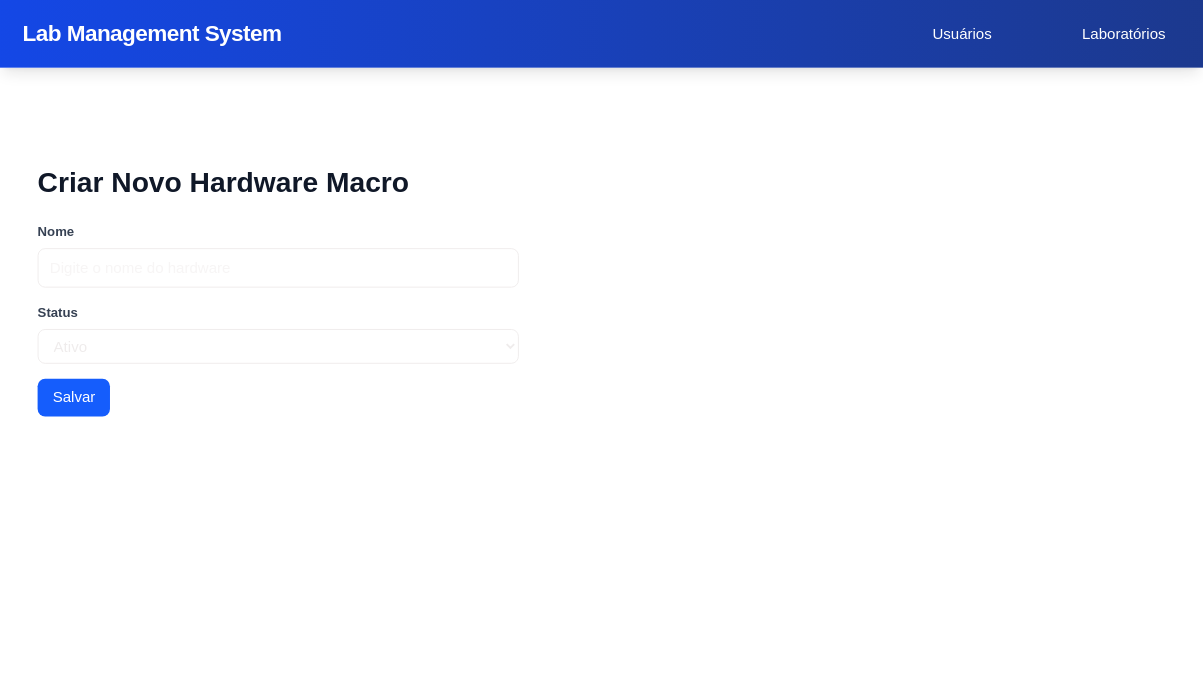
Repository: fabianosevla/gestao-labs
Page: /labs/hardware/macro/create (app in lab-management-system/)
An editor plug-in stored every save of this project. The page is shown before and after the next save, followed by the edit.
The browser window is 1280 px wide. The pictures show the whole page, at 94% of full size.
The project was rebuilt for these pictures with package versions that can differ from the ones it lists, and the page was loaded fresh each time. The framework's server and built-in components were replaced by stand-ins that run in the browser. Also part of the build but not shown: lab-management-system/next.config.mjs.

Above is the page before, as saved 2025-05-05 21:36:06.

After the next save:
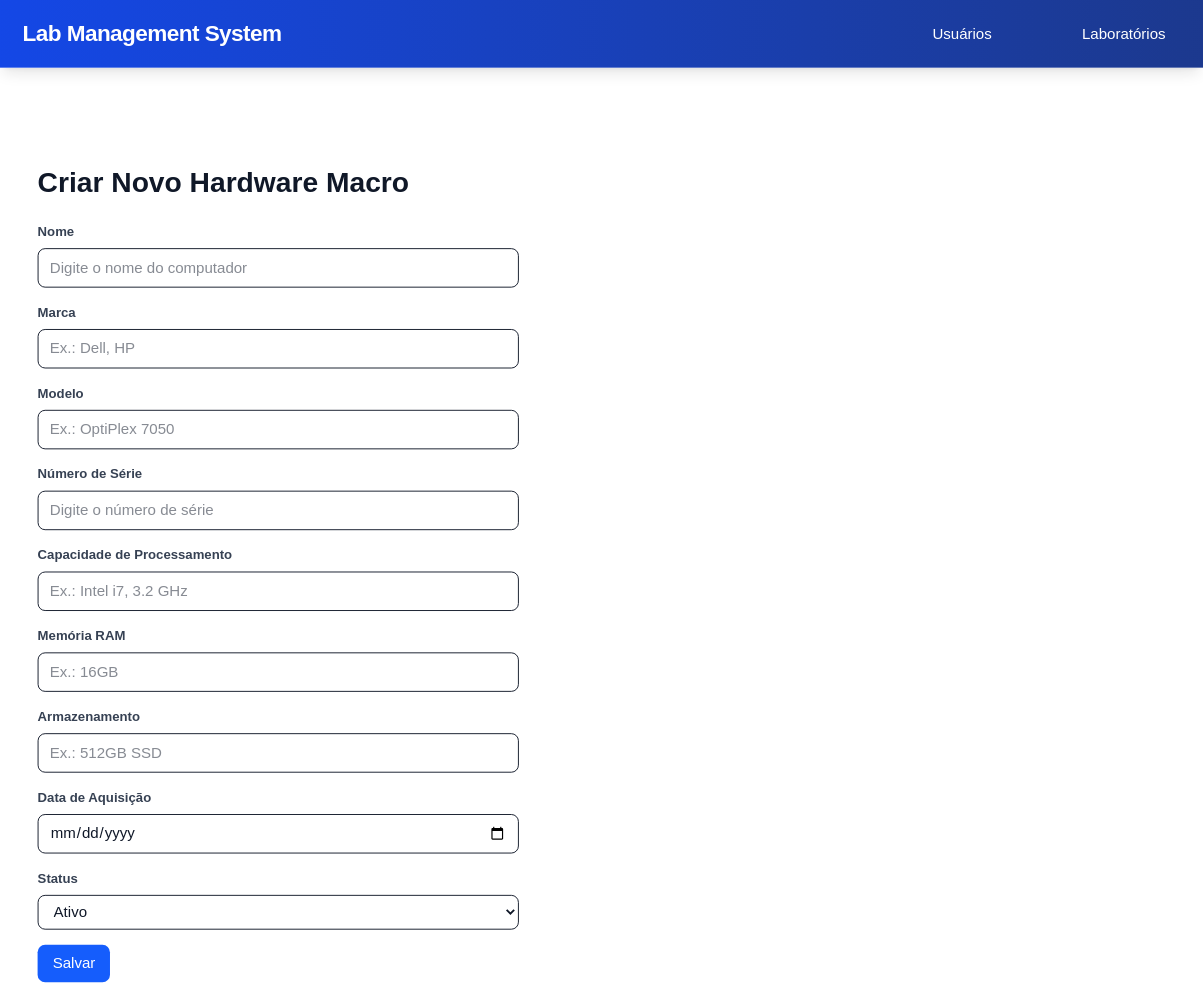
Saved 16 s later.
--- a/lab-management-system/app/labs/hardware/macro/create/page.js
+++ b/lab-management-system/app/labs/hardware/macro/create/page.js
@@ -12,8 +12,84 @@ export default function CreateMacro() {
                     <input
                         type="text"
                         id="name"
-                        className="w-full px-3 py-2 border rounded-lg focus:outline-none focus:ring-2 focus:ring-blue-500"
-                        placeholder="Digite o nome do hardware"
+                        className="w-full px-3 py-2 border rounded-lg focus:outline-none focus:ring-2 focus:ring-blue-500 text-gray-900"
+                        placeholder="Digite o nome do computador"
+                    />
+                </div>
+                <div className="mb-4">
+                    <label className="block text-gray-700 text-sm font-bold mb-2" htmlFor="brand">
+                        Marca
+                    </label>
+                    <input
+                        type="text"
+                        id="brand"
+                        className="w-full px-3 py-2 border rounded-lg focus:outline-none focus:ring-2 focus:ring-blue-500 text-gray-900"
+                        placeholder="Ex.: Dell, HP"
+                    />
+                </div>
+                <div className="mb-4">
+                    <label className="block text-gray-700 text-sm font-bold mb-2" htmlFor="model">
+                        Modelo
+                    </label>
+                    <input
+                        type="text"
+                        id="model"
+                        className="w-full px-3 py-2 border rounded-lg focus:outline-none focus:ring-2 focus:ring-blue-500 text-gray-900"
+                        placeholder="Ex.: OptiPlex 7050"
+                    />
+                </div>
+                <div className="mb-4">
+                    <label className="block text-gray-700 text-sm font-bold mb-2" htmlFor="serialNumber">
+                        Número de Série
+                    </label>
+                    <input
+                        type="text"
+                        id="serialNumber"
+                        className="w-full px-3 py-2 border rounded-lg focus:outline-none focus:ring-2 focus:ring-blue-500 text-gray-900"
+                        placeholder="Digite o número de série"
+                    />
+                </div>
+                <div className="mb-4">
+                    <label className="block text-gray-700 text-sm font-bold mb-2" htmlFor="processor">
+                        Capacidade de Processamento
+                    </label>
+                    <input
+                        type="text"
+                        id="processor"
+                        className="w-full px-3 py-2 border rounded-lg focus:outline-none focus:ring-2 focus:ring-blue-500 text-gray-900"
+                        placeholder="Ex.: Intel i7, 3.2 GHz"
+                    />
+                </div>
+                <div className="mb-4">
+                    <label className="block text-gray-700 text-sm font-bold mb-2" htmlFor="ram">
+                        Memória RAM
+                    </label>
+                    <input
+                        type="text"
+                        id="ram"
+                        className="w-full px-3 py-2 border rounded-lg focus:outline-none focus:ring-2 focus:ring-blue-500 text-gray-900"
+                        placeholder="Ex.: 16GB"
+                    />
+                </div>
+                <div className="mb-4">
+                    <label className="block text-gray-700 text-sm font-bold mb-2" htmlFor="storage">
+                        Armazenamento
+                    </label>
+                    <input
+                        type="text"
+                        id="storage"
+                        className="w-full px-3 py-2 border rounded-lg focus:outline-none focus:ring-2 focus:ring-blue-500 text-gray-900"
+                        placeholder="Ex.: 512GB SSD"
+                    />
+                </div>
+                <div className="mb-4">
+                    <label className="block text-gray-700 text-sm font-bold mb-2" htmlFor="acquisitionDate">
+                        Data de Aquisição
+                    </label>
+                    <input
+                        type="date"
+                        id="acquisitionDate"
+                        className="w-full px-3 py-2 border rounded-lg focus:outline-none focus:ring-2 focus:ring-blue-500 text-gray-900"
                     />
                 </div>
                 <div className="mb-4">
@@ -22,7 +98,7 @@ export default function CreateMacro() {
                     </label>
                     <select
                         id="status"
-                        className="w-full px-3 py-2 border rounded-lg focus:outline-none focus:ring-2 focus:ring-blue-500"
+                        className="w-full px-3 py-2 border rounded-lg focus:outline-none focus:ring-2 focus:ring-blue-500 text-gray-900"
                     >
                         <option value="ativo">Ativo</option>
                         <option value="inativo">Inativo</option>
